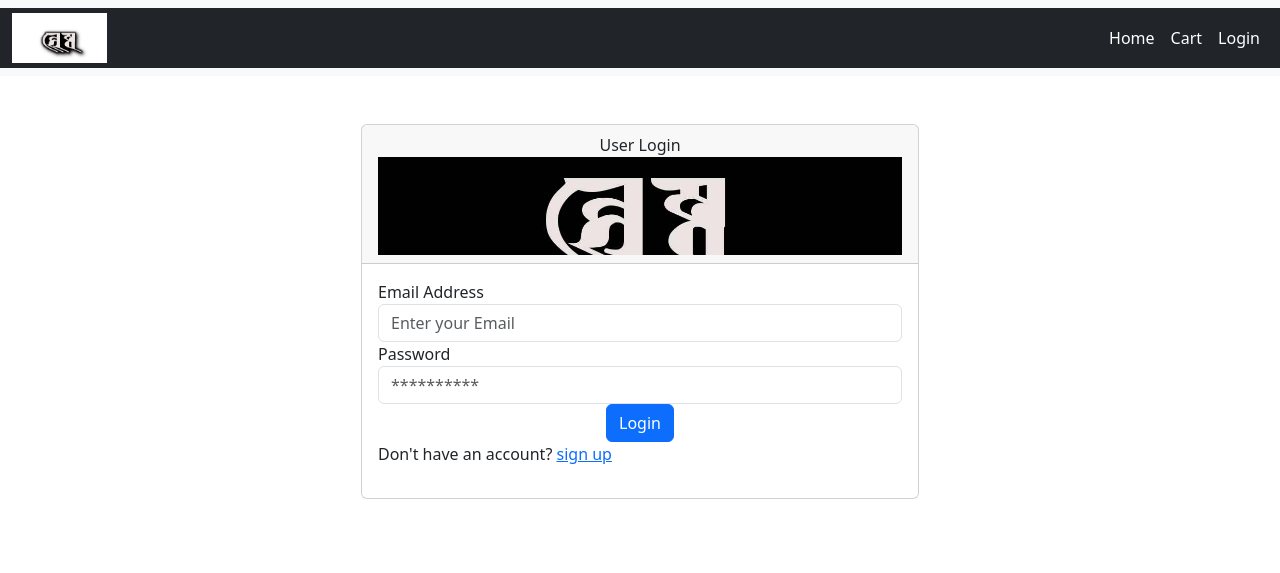
Repository: sagarhomie/Shrestha-Instrument-
Page: http://localhost/Ecommerce/login.jsp
The author's editor kept a copy of each file at every save. The page is drawn from the files as they stood at one save, then again after the next save.
The browser window is 1280 px wide. The pictures show the whole page.
The page is served by Tomcat 9. Other server files are loaded and not shown.

Above is the page before, as saved 2024-05-26 15:49:57.

### Ecommerce/WebContent/login.jsp
<%@ page language="java" contentType="text/html; charset=ISO-8859-1"
	pageEncoding="ISO-8859-1"%>
	<%@page import="cn.sagar.*" %>
	<%@page import="java.util.*" %>
	<%@page import="cn.sagar.dao.*" %>
	<%@page import="cn.sagar.connection.dbCon" %>
	<%
User auth=(User) request.getSession().getAttribute("auth");
if(auth!=null){
	request.setAttribute("auth", auth);
	response.sendRedirect("index.jsp");
}
ArrayList<cart> cart_list = (ArrayList<cart>) request.getSession().getAttribute("cart-list");
List<cart> cartProduct = null;
if(cart_list != null){

	request.setAttribute("cart_list",cart_list);
}
%>
<!DOCTYPE html>
<html>
<head>

<title>login</title>
<%@include file="includes/header.jsp"%>
<style>
 .container .img-fluid{
aspect-ratio:16/3;
	object-fit:cover;
	height:5%;
}
</style>
</head>
<body>
<%@include file="includes/navbar.jsp" %>
	<div class="container">
		<div class="card w-50 mx-auto my-5">
			<div class="card-header text-center">User Login<img src="product-images/homelogo.jpg" class="img-fluid" alt="..."></div>
			<div class="card-body">

				<form action="LoginServlet" method="post">
					<div class="form-group">
						<label>Email Address</label> <input type="email"
							class="form-control" name="Login-email"
							placeholder="Enter your Email" required>
					</div>
					<div class="form-group">
						<label>Password</label> <input type="password"
							class="form-control" name="Login-password"
							placeholder="**********" required>
					</div>
					<div class="text-center">
						<button type="submit" class="btn btn-primary">Login</button>
					</div>
				</form>
				<p>Don't have an account? <a href="signup.jsp">sign up</a>
			</div>

		</div>

	</div>
<script>

</script>

</body>
</html>

### Ecommerce/WebContent/includes/header.jsp
<meta charset="ISO-8859-1">
<link href="https://cdn.jsdelivr.net/npm/bootstrap@5.3.3/dist/css/bootstrap.min.css" rel="stylesheet" integrity="sha384-QWTKZyjpPEjISv5WaRU9OFeRpok6YctnYmDr5pNlyT2bRjXh0JMhjY6hW+ALEwIH" crossorigin="anonymous">
<link rel="stylesheet" href="https://cdnjs.cloudflare.com/ajax/libs/font-awesome/6.5.1/css/all.min.css"  />

### Ecommerce/WebContent/includes/navbar.jsp
<%@page import="cn.sagar.User" %>
<%@page import="cn.sagar.dao.UserDao" %>
<%@ page import="cn.sagar.servlet.*" %>
<style>
img{

}
</style>

<nav class="navbar navbar-expand-lg navbar-collapse-sm bg-body-tertiary">
  <div class="container-fluid container-dark text-bg-dark text-white ">
    <a class="navbar-brand text-white" href="index.jsp "><img src="product-images/homelogo(1).jpg" alt="Logo" class="img-fluid" style="max-height: 50px;"></a>
    <button class="navbar-toggler" type="button" data-bs-toggle="collapse" data-bs-target="dark" aria-controls="navbarText" aria-expanded="false" aria-label="Toggle navigation">
      <span class="navbar-toggler-icon"></span>
    </button>
    <div class="navbar navbar-expand-md  text-white"  id="navbarText">
      <ul class="navbar-nav me-auto mb-2 mb-lg-0 display-flex justify-content-end text-white">
        <li class="nav-item">
          <a class="nav-link active text-white" aria-current="page" href="index.jsp">Home</a>
        </li>
        <li class="nav-item text-white">
          <a class="nav-link text-white " href="cart.jsp">Cart<span class="badge badge-danger">${cart_list.size() }</span></a>
        </li>
        <%if(auth!=null){%>
        	<li class="nav-item ">
            <a class="nav-link text-white" href="orders.jsp">Orders</a>
          </li>
          <li class="nav-item nav-text-white">
            <a class="nav-link text-white" href="LogoutServlet">Logout</a>
          </li>
                  	<form class="d-flex" role="search"  action="SearchServlet" method="post">
        <input class="form-control me-2" type="search" placeholder="Search" name="search" aria-label="Search">
        <button class="btn btn-outline-success" type="submit" name="search">Search</button>
      </form>


        	<% }
        	else{%>
        		 <li class="nav-item text-white">
                 <a class="nav-link text-white" href="login.jsp">Login</a>
               </li>
        	<%}%>


      </ul>
      <span class="navbar-text">

      </span>
    </div>
  </div>
</nav>

After the next save:
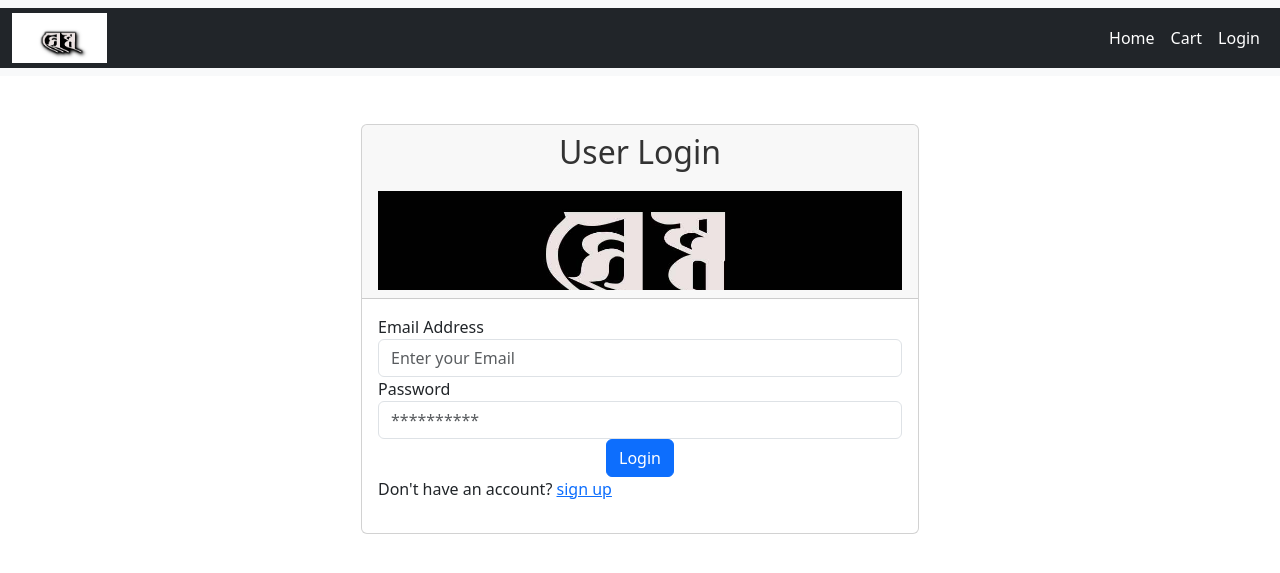
Saved 2 min 9 s later.
--- a/Ecommerce/WebContent/login.jsp
+++ b/Ecommerce/WebContent/login.jsp
@@ -29,13 +29,17 @@
 	object-fit:cover;
 	height:5%;
 }
+h2 {
+            margin-bottom: 20px;
+            color: #333;
+        }
 </style>
 </head>
 <body>
 <%@include file="includes/navbar.jsp" %>
 	<div class="container">
 		<div class="card w-50 mx-auto my-5">
-			<div class="card-header text-center">User Login<img src="product-images/homelogo.jpg" class="img-fluid" alt="..."></div>
+			<div class="card-header text-center"><h2>User Login</h2><img src="product-images/homelogo.jpg" class="img-fluid" alt="..."></div>
 			<div class="card-body">
 
 				<form action="LoginServlet" method="post">
